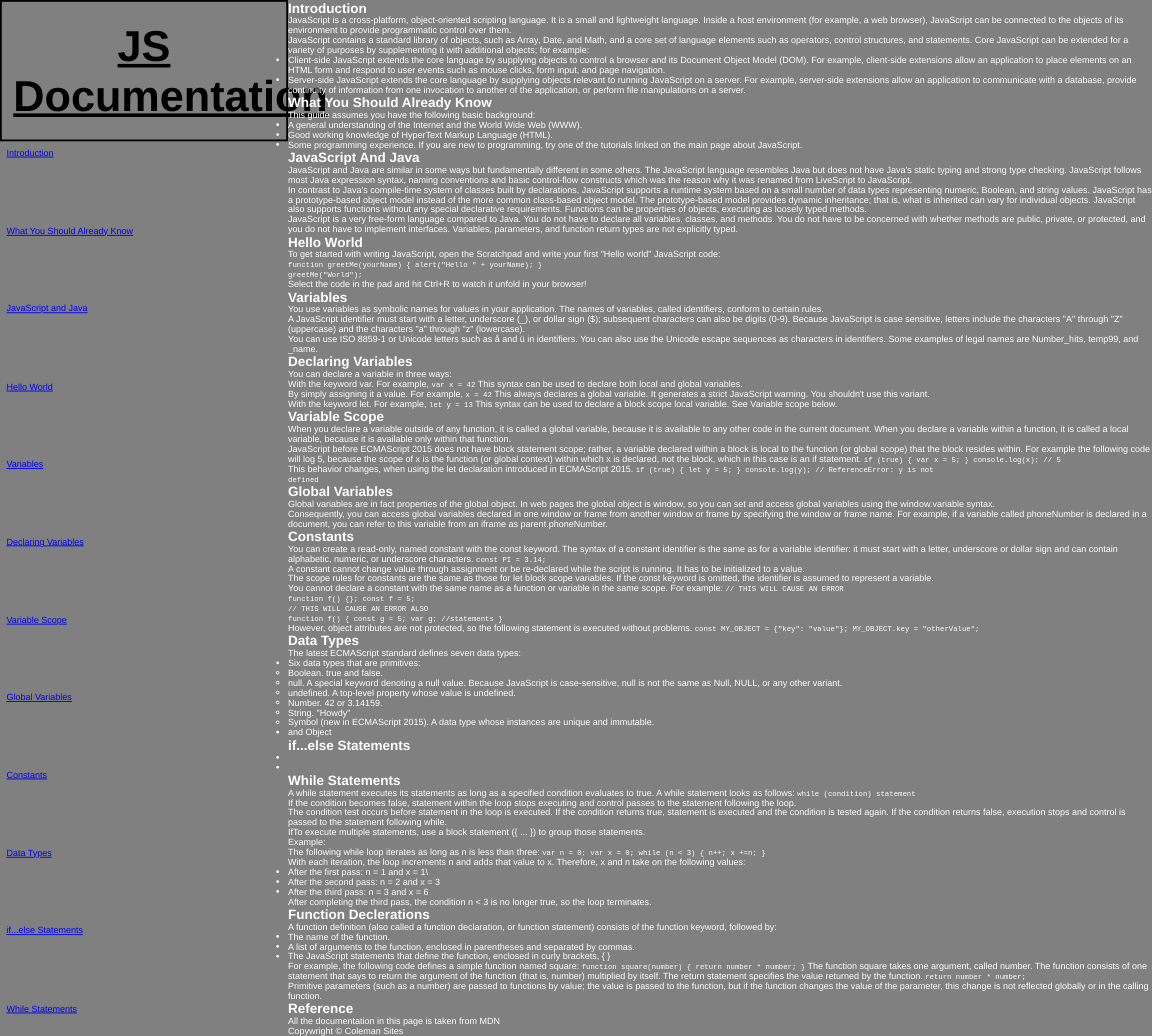
Repository: ctcoleman/technicalDocumentationPage
Page: index.html
An editor plug-in stored every save of this project. The page is shown before and after the next save, followed by the edit.
The browser window is 1280 px wide. The pictures show the whole page, at 90% of full size.

Above is the page before, as saved 2020-07-10 19:53:48.

### index.html
<!DOCTYPE html>
<html lang="en">

<head>
  <meta charset="UTF-8">
  <meta name="viewport" content="width=device-width, initial-scale=1.0">
  <title>FCC: Technical Documentation Page</title>
  <link type="text/css" rel="stylesheet" href="/assets/stylesheets/style.css">
</head>

<body>

  <nav id="navbar">
    <header id="main-heading">
      <h1>JS Documentation</h1>
    </header>
    <div class="nav-container">
      <a class="nav-link" href="#introduction">Introduction</a>
      <a class="nav-link" href="#what_you_should_already_know">What You Should Already Know</a>
      <a class="nav-link" href="#javaScript_and_java">JavaScript and Java</a>
      <a class="nav-link" href="#hello_world">Hello World</a>
      <a class="nav-link" href="#variables">Variables</a>
      <a class="nav-link" href="#declaring_variables">Declaring Variables</a>
      <a class="nav-link" href="#variable_scope">Variable Scope</a>
      <a class="nav-link" href="#global_variables">Global Variables</a>
      <a class="nav-link" href="#constants">Constants</a>
      <a class="nav-link" href="#data_types">Data Types</a>
      <a class="nav-link" href="#if...else_statements">if...else Statements</a>
      <a class="nav-link" href="#while_statements">While Statements</a>
      <a class="nav-link" href="#function_declerations">Function Declerations</a>
      <a class="nav-link" href="#reference">Reference</a>
    </div>
  </nav>

  <main id="main-doc">

    <section class="main-section" id="introduction">
      <header class="topic-header">
        <h2>Introduction</h2>
      </header>
      <article>
        <p>
          JavaScript is a cross-platform, object-oriented scripting language. It is a small and lightweight language.
          Inside a host environment (for example, a web browser), JavaScript can be connected to the objects of its
          environment to provide programmatic control over them.
        </p>
        <p>
          JavaScript contains a standard library of objects, such as Array, Date, and Math, and a core set of language
          elements such as operators, control structures, and statements. Core JavaScript can be extended for a variety
          of purposes by supplementing it with additional objects; for example:
        <ul>
          <li>Client-side JavaScript extends the core language by supplying objects to control a browser and its
            Document Object Model (DOM). For example, client-side extensions allow an application to place elements on
            an HTML form and respond to user events such as mouse clicks, form input, and page navigation.</li>
          <li>Server-side JavaScript extends the core language by supplying objects relevant to running JavaScript on a
            server. For example, server-side extensions allow an application to communicate with a database, provide
            continuity of information from one invocation to another of the application, or perform file manipulations
            on a server.</li>
        </ul>
        </p>
      </article>
    </section>

    <section class="main-section" id="what_you_should_already_know">
      <header class="topic-header">
        <h2>What You Should Already Know</h2>
      </header>
      <article>
        <p>
          This guide assumes you have the following basic background:
        <ul>
          <li>A general understanding of the Internet and the World Wide Web (WWW).
          </li>
          <li>Good working knowledge of HyperText Markup Language (HTML).
          </li>
          <li>Some programming experience. If you are new to programming, try one of the tutorials linked on the main
            page about JavaScript.
          </li>
        </ul>
        </p>
      </article>
    </section>

    <section class="main-section" id="javaScript_and_java">
      <header class="topic-header">
        <h2>JavaScript And Java</h2>
      </header>
      <article>
        <p>
          JavaScript and Java are similar in some ways but fundamentally different in some others. The JavaScript
          language resembles Java but does not have Java's static typing and strong type checking. JavaScript follows
          most Java expression syntax, naming conventions and basic control-flow constructs which was the reason why it
          was renamed from LiveScript to JavaScript.
        </p>
        <p>
          In contrast to Java's compile-time system of classes built by declarations, JavaScript supports a runtime
          system based on a small number of data types representing numeric, Boolean, and string values. JavaScript has
          a prototype-based object model instead of the more common class-based object model. The prototype-based model
          provides dynamic inheritance; that is, what is inherited can vary for individual objects. JavaScript also
          supports functions without any special declarative requirements. Functions can be properties of objects,
          executing as loosely typed methods.
        </p>
        <p>
          JavaScript is a very free-form language compared to Java. You do not have to declare all variables, classes,
          and methods. You do not have to be concerned with whether methods are public, private, or protected, and you
          do not have to implement interfaces. Variables, parameters, and function return types are not explicitly
          typed.
        </p>
      </article>
    </section>

    <section class="main-section" id="hello_world">
      <header class="topic-header">
        <h2>Hello World</h2>
      </header>
      <article>
        <p>
          To get started with writing JavaScript, open the Scratchpad and write your first "Hello world" JavaScript
          code:
        </p>
        <code>
          function greetMe(yourName) { alert("Hello " + yourName); }<br>
          greetMe("World");
        </code>
        <p>
          Select the code in the pad and hit Ctrl+R to watch it unfold in your browser!
        </p>
      </article>
    </section>

    <section class="main-section" id="variables">
      <header class="topic-header">
        <h2>Variables</h2>
      </header>
      <article>
        <p>
          You use variables as symbolic names for values in your application. The names of variables, called
          identifiers, conform to certain rules.
        </p>
        <p>
          A JavaScript identifier must start with a letter, underscore (_), or dollar sign ($); subsequent characters
          can also be digits (0-9). Because JavaScript is case sensitive, letters include the characters "A" through "Z"
          (uppercase) and the characters "a" through "z" (lowercase).
        </p>
        <p>
          You can use ISO 8859-1 or Unicode letters such as å and ü in identifiers. You can also use the Unicode escape
          sequences as characters in identifiers. Some examples of legal names are Number_hits, temp99, and _name.
        </p>
      </article>
    </section>

    <section class="main-section" id="declaring_variables">
      <header class="topic-header">
        <h2>Declaring Variables</h2>
      </header>
      <article>
        <p>
          You can declare a variable in three ways:
        </p>
        <p>
          With the keyword var. For example,
          <code> var x = 42</code>
          This syntax can be used to declare both local and global variables.
        </p>
        <p>
          By simply assigning it a value. For example,
          <code>x = 42</code>
          This always declares a global variable. It generates a strict JavaScript warning. You shouldn't use this
          variant.
        </p>
        <p>
          With the keyword let. For example,
          <code>let y = 13</code>
          This syntax can be used to declare a block scope local variable. See Variable scope below.
        </p>
      </article>
    </section>

    <section class="main-section" id="variable_scope">
      <header class="topic-header">
        <h2>Variable Scope</h2>
      </header>
      <article>
        <p>
          When you declare a variable outside of any function, it is called a global variable, because it is available
          to any other code in the current document. When you declare a variable within a function, it is called a local
          variable, because it is available only within that function.
        </p>
        <p>
          JavaScript before ECMAScript 2015 does not have block statement scope; rather, a variable declared within a
          block is local to the function (or global scope) that the block resides within. For example the following code
          will log 5, because the scope of x is the function (or global context) within which x is declared, not the
          block, which in this case is an if statement.
          <code>if (true) { var x = 5; } console.log(x); // 5</code>
        </p>
        <p>
          This behavior changes, when using the let declaration introduced in ECMAScript 2015.
          <code>if (true) { let y = 5; } console.log(y); // ReferenceError: y is not<br>
          defined</code>
        </p>
      </article>
    </section>

    <section class="main-section" id="global_variables">
      <header class="topic-header">
        <h2>Global Variables</h2>
      </header>
      <article>
        <p>
          Global variables are in fact properties of the global object. In web pages the global object is window, so you
          can set and access global variables using the window.variable syntax.
        </p>
        <p>
          Consequently, you can access global variables declared in one window or frame from another window or frame by
          specifying the window or frame name. For example, if a variable called phoneNumber is declared in a document,
          you can refer to this variable from an iframe as parent.phoneNumber.
        </p>
      </article>
    </section>

    <section class="main-section" id="constants">
      <header class="topic-header">
        <h2>Constants</h2>
      </header>
      <article>
        <p>
          You can create a read-only, named constant with the const keyword. The syntax of a constant identifier is the
          same as for a variable identifier: it must start with a letter, underscore or dollar sign and can contain
          alphabetic, numeric, or underscore characters.
          <code>const PI = 3.14;</code>
        </p>
        <p>
          A constant cannot change value through assignment or be re-declared while the script is running. It has to be
          initialized to a value.
          <br>
          The scope rules for constants are the same as those for let block scope variables. If the const keyword is
          omitted, the identifier is assumed to represent a variable.
          <br>
          You cannot declare a constant with the same name as a function or variable in the same scope. For example:
          <code>
            // THIS WILL CAUSE AN ERROR<br> function f() {}; const f = 5;<br> // THIS WILL
            CAUSE AN ERROR ALSO<br> function f() { const g = 5; var g; //statements
            }
          </code>
        </p>
        <p>
          However, object attributes are not protected, so the following statement is executed without problems.

          <code>
            const MY_OBJECT = {"key": "value"}; MY_OBJECT.key = "otherValue";
          </code>
        </p>
      </article>
    </section>

    <section class="main-section" id="data_types">
      <header class="topic-header">
        <h2>Data Types</h2>
      </header>
      <article>
        <p>
          The latest ECMAScript standard defines seven data types:
        <ul>
          <li>Six data types that are primitives:</li>
          <ul>
            <li>Boolean. true and false.</li>
            <li>null. A special keyword denoting a null value. Because JavaScript is case-sensitive, null is not the
              same as Null, NULL,
              or any other variant.</li>
            <li>undefined. A top-level property whose value is undefined.</li>
            <li>Number. 42 or 3.14159.</li>
            <li>String. "Howdy"</li>
            <li>Symbol (new in ECMAScript 2015). A data type whose instances are unique and immutable.</li>
          </ul>
          <li>and Object</li>
        </ul>
        </p>
        <p>

        </p>
      </article>
    </section>

    <section class="main-section" id="if...else_statements">
      <header class="topic-header">
        <h2>if...else Statements</h2>
      </header>
      <article>
        <p>
        <ul>
          <li></li>
          <li></li>
        </ul>
        </p>
        <p>

        </p>
      </article>
    </section>

    <section class="main-section" id="while_statements">
      <header class="topic-header">
        <h2>While Statements</h2>
      </header>
      <article>
        <p>
          A while statement executes its statements as long as a specified condition evaluates to true. A while
          statement looks as
          follows:
          <code>while (condition) statement</code>
        </p>
        <p>
          If the condition becomes false, statement within the loop stops executing and control passes to the statement
          following the loop.
          <br>
          The condition test occurs before statement in the loop is executed. If the condition returns true, statement
          is executed and the condition is tested again. If the condition returns false, execution stops and control is
          passed to the statement following while.
        </p>
        <p>
          IfTo execute multiple statements, use a block statement ({ ... }) to group those statements.
          <br>
          Example:
          <br>
          The following while loop iterates as long as n is less than three:
          <code>
            var n = 0; var x = 0; while (n < 3) { n++; x +=n; }
          </code>
        </p>
        <p>
          With each iteration, the loop increments n and adds that value to x. Therefore, x and n take on the following
          values:
        <ul>
          <li>
            After the first pass: n = 1 and x = 1\
          </li>
          <li>
            After the second pass: n = 2 and x = 3
          </li>
          <li>
            After the third pass: n = 3 and x = 6
          </li>
        </ul>
        After completing the third pass, the condition n < 3 is no longer true, so the loop terminates. </p>
      </article>
    </section>

    <section class="main-section" id="function_declerations">
      <header class="topic-header">
        <h2>Function Declerations</h2>
      </header>
      <article>
        <p>
          A function definition (also called a function declaration, or function statement) consists of the function
          keyword, followed by:
        <ul>
          <li>The name of the function.</li>
          <li>A list of arguments to the function, enclosed in parentheses and separated by commas.</li>
          <li>The JavaScript statements that define the function, enclosed in curly brackets, { }</li>
        </ul>
        </p>
        For example, the following code defines a simple function named square:
        <code>function square(number) { return number * number; }</code>
        The function square takes one argument, called number. The function consists of one statement that says to
        return the
        argument of the function (that is, number) multiplied by itself. The return statement specifies the value
        returned by
        the function.
        <code>return number * number;</code>

        <p>
          Primitive parameters (such as a number) are passed to functions by value; the value is passed to the function,
          but if the function changes the value of the parameter, this change is not reflected globally or in the
          calling function.
        </p>
      </article>
    </section>

    <section class="main-section" id="reference">
      <header class="topic-header">
        <h2>Reference</h2>
      </header>
      <article>
        <p>
          All the documentation in this page is taken from MDN
          <p />
      </article>
    </section>

    <footer id="footer-wrapper">
      <span>Copywright &copy; Coleman Sites</span>
    </footer>
  </main>
  <script src="https://cdn.freecodecamp.org/testable-projects-fcc/v1/bundle.js"></script>
</body>

</html>

### assets/stylesheets/style.css
/** Basic Styling **/
* {
  margin: 0;
  padding: 0;
  outline: 0;
  box-sizing: border-box;
}

body {
 background: grey;
 color: white;
 -webkit-font-smoothing: antialiased;
 display: flex;
}

body,
input,
button {
 font-size: 62.5%;
 font-family: 'Helvetica';
}

button {
 cursor: pointer;
}

/** NavBar Styling **/
#navbar {
  width: 30vw;
}
/** Heading Stying **/

#main-heading {
  padding: 3vh 1vw;
  width: 25vw;
  text-align: center;
  text-decoration: underline;
  color: black;
  border: 2px solid black;
}

#main-heading h1 {
  font-size: 3rem;
}

.nav-container {
  position: fixed;
  left: 0;
  display: flex;
  flex-direction: column;
}

.nav-container .nav-link {
  display: inline-block;
  width: 25vw;
  height: 10vh;
  margin: 1vh;
  border
}

After the next save:
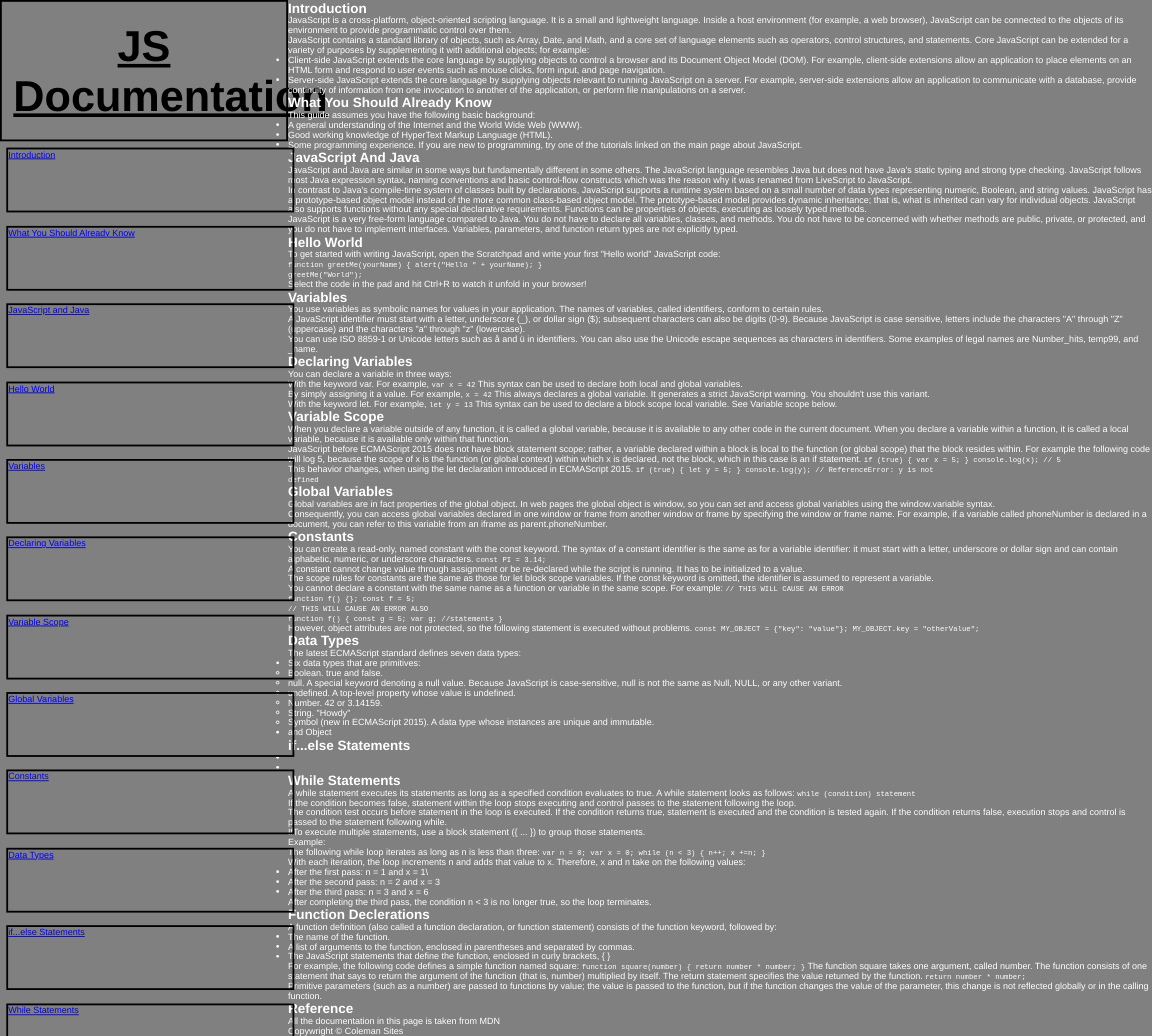
Saved 6 s later.
--- a/assets/stylesheets/style.css
+++ b/assets/stylesheets/style.css
@@ -55,5 +55,5 @@ button {
   width: 25vw;
   height: 10vh;
   margin: 1vh;
-  border
+  border: 2px solid black;
 }
